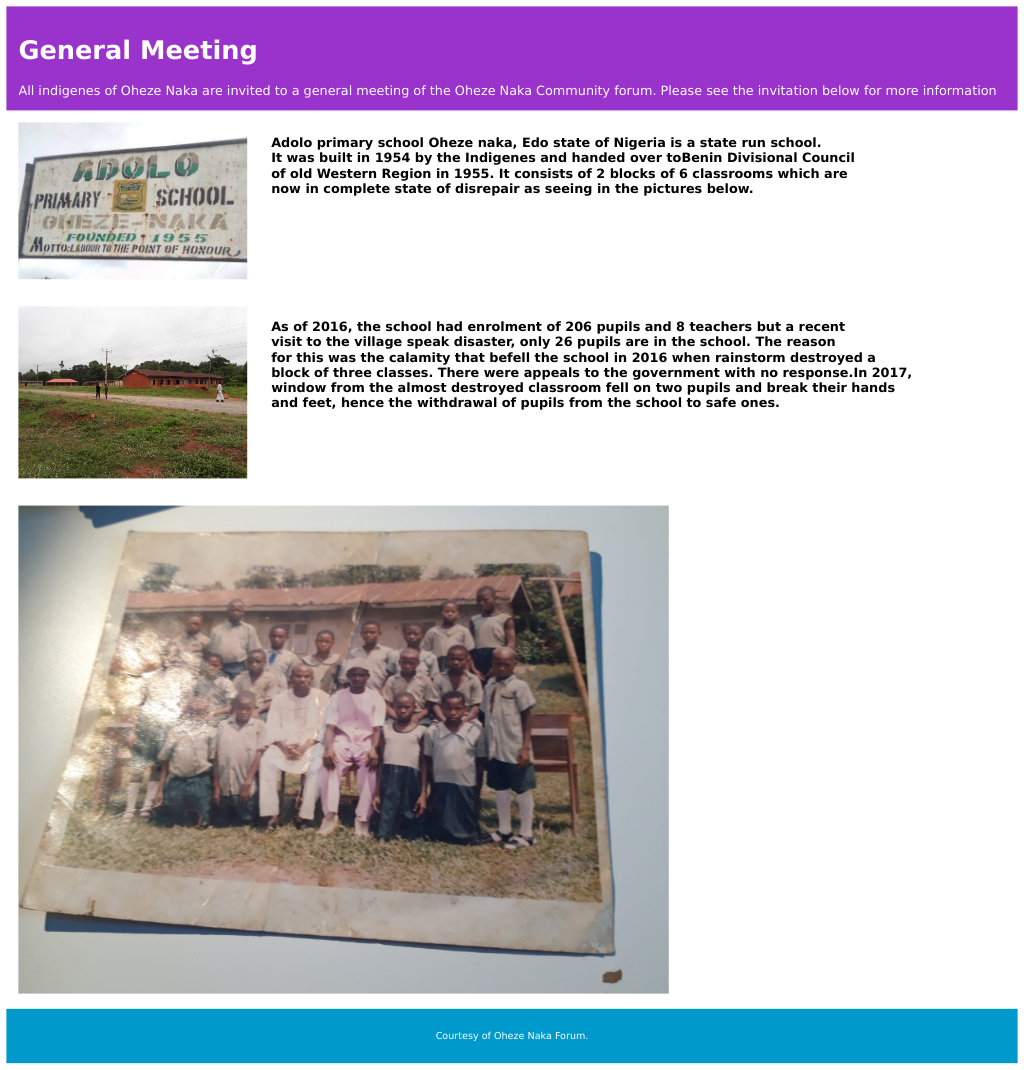
Repository: OtasowieRotimiOsifo/oheze-naka-forum
Page: activities.html
The author's editor kept a copy of each file at every save. The page is drawn from the files as they stood at one save, then again after the next save.
The browser window is 1280 px wide. The pictures show the whole page, at 80% of full size.

Above is the page before, as saved 2021-03-20 21:21:18.

After the next save:
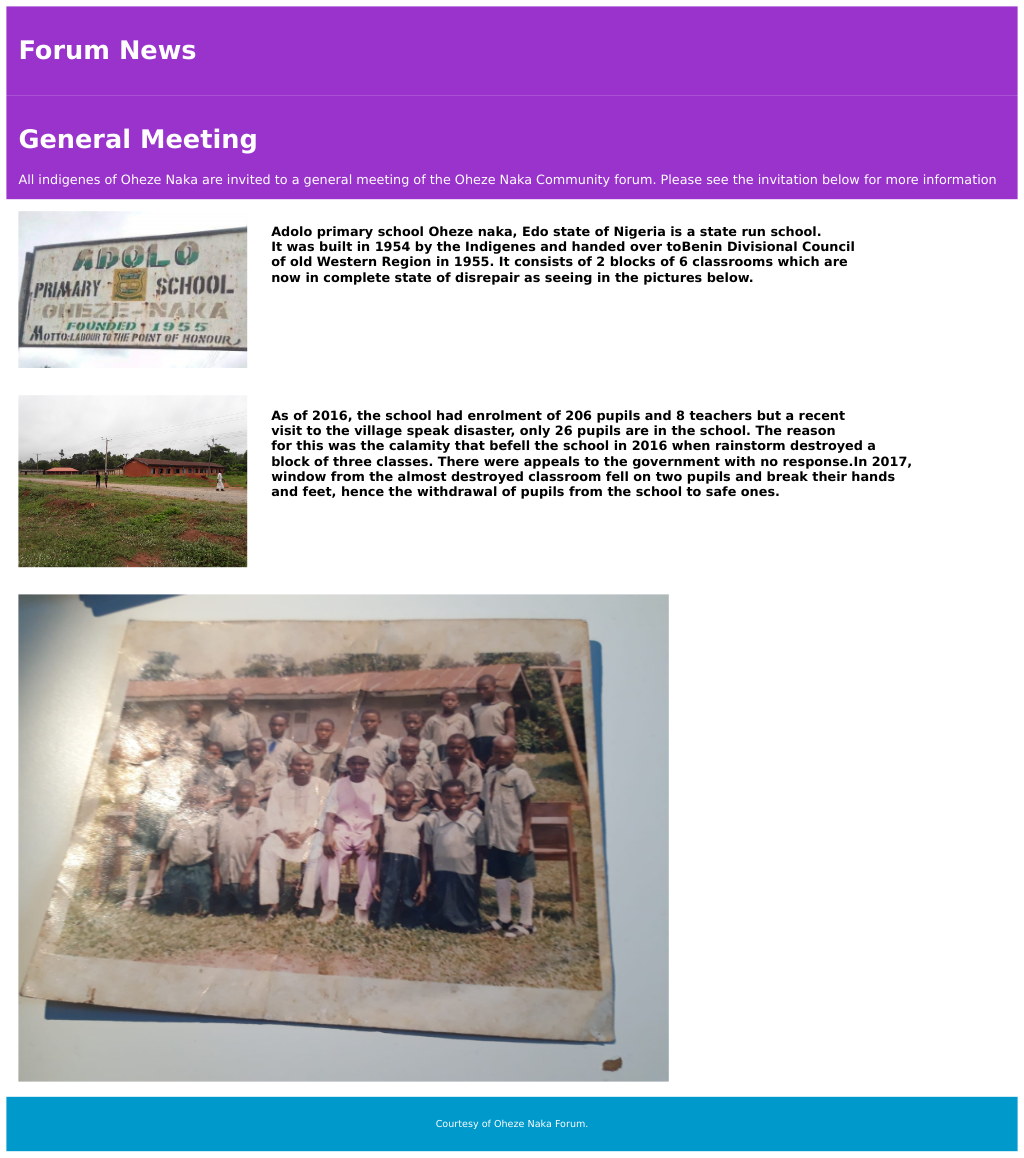
Saved 67 s later.
--- a/activities.html
+++ b/activities.html
@@ -110,6 +110,9 @@ html {
 </head>
 <body>
   <div class="header">
+    <h1>Forum News</h1>
+  </div>
+  <div class="header">
     <h1>General Meeting</h1>
     <span> All indigenes of Oheze Naka are invited to a general meeting of the Oheze Naka Community forum. </span>
     <span>Please see the invitation below for more information</span>
